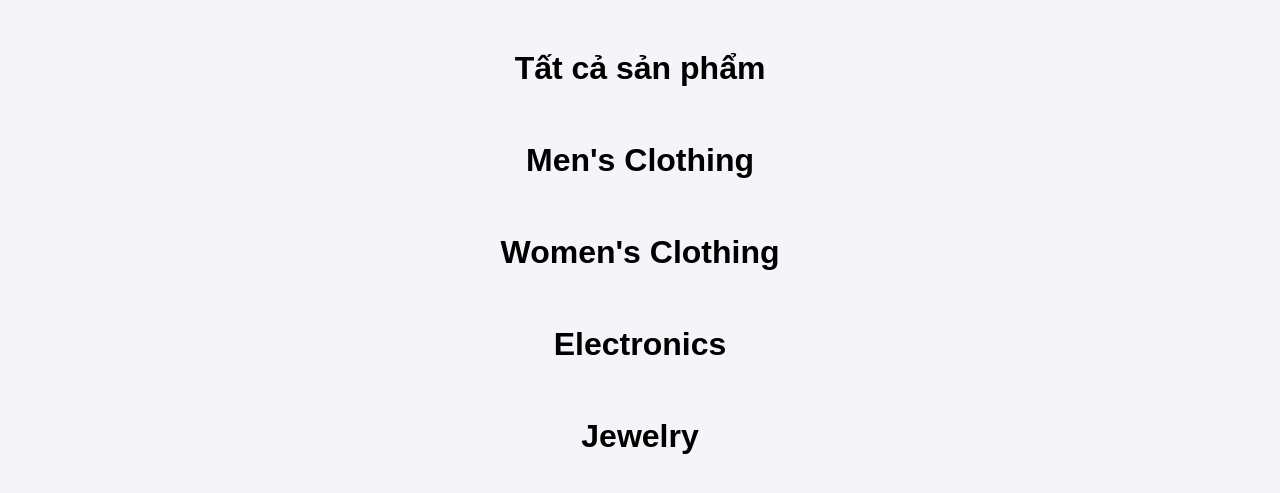
Repository: binhphanbp/ECMAScript_WEB501_WD20301
Page: class_LePhatHien/lesson4/index.html
An editor plug-in stored every save of this project. The page is shown before and after the next save, followed by the edit.
The browser window is 1280 px wide. The pictures show the whole page.
The page's requests for data from a server got no answer.

Above is the page before, as saved 2025-09-22 15:10:54.

After the next save:
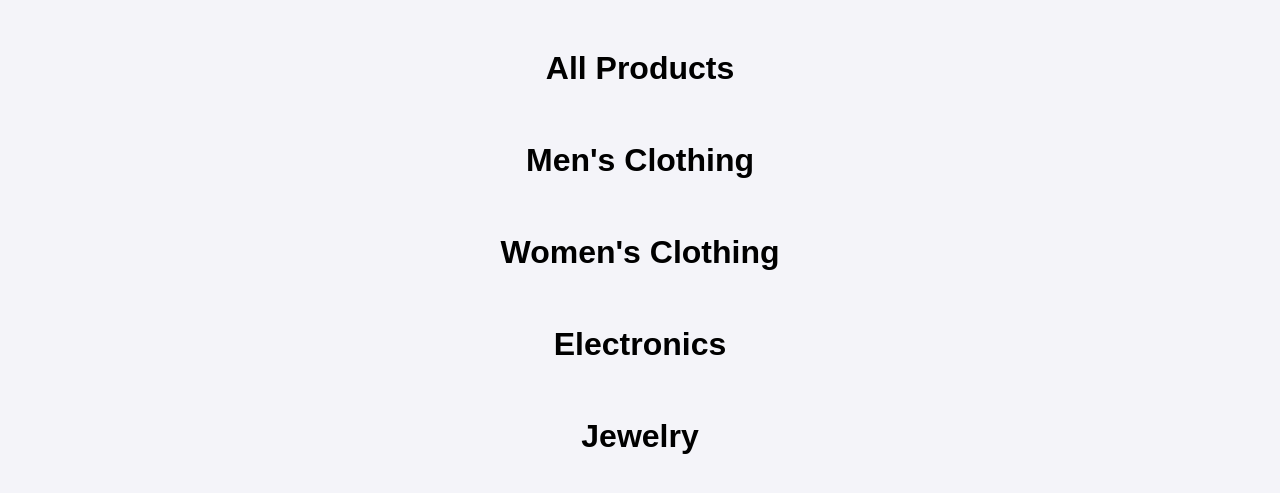
Saved 13 min 34 s later.
--- a/class_LePhatHien/lesson4/index.html
+++ b/class_LePhatHien/lesson4/index.html
@@ -72,7 +72,7 @@
     </style>
   </head>
   <body>
-    <h1>Tất cả sản phẩm</h1>
+    <h1>All Products</h1>
     <div class="product-list" id="allProducts"></div>
 
     <h1>Men's Clothing</h1>
